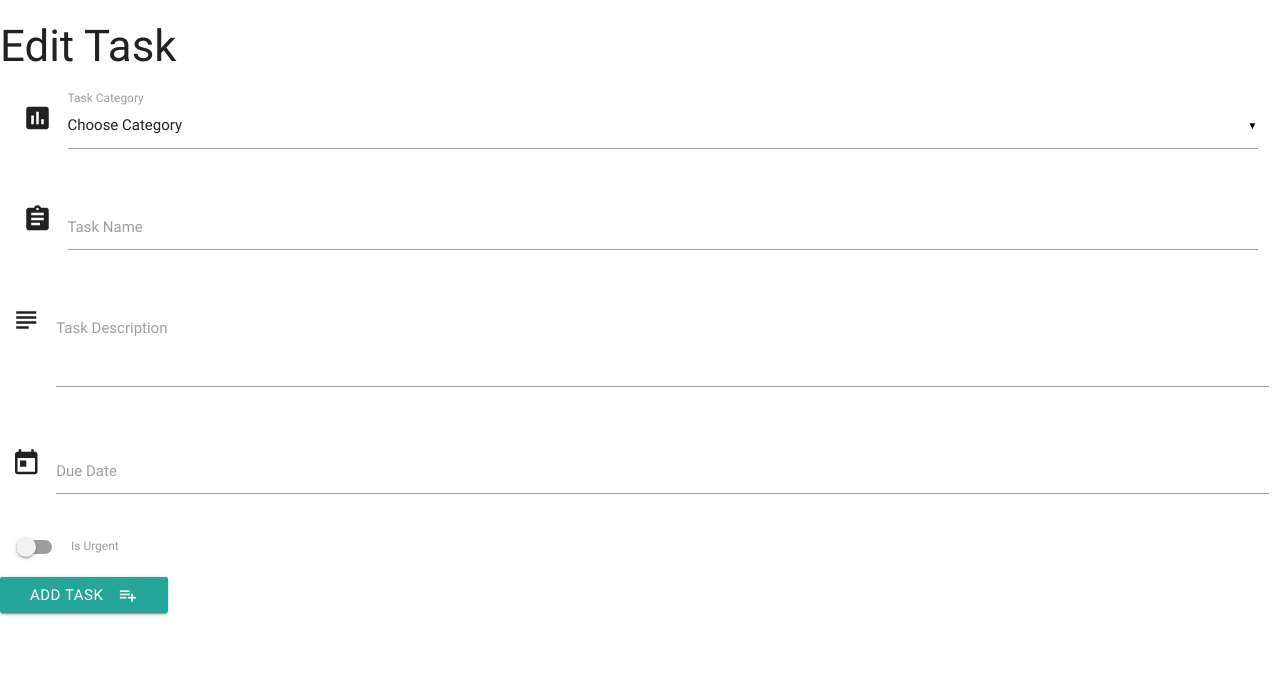
Repository: Neilfoster/task_manger
Page: templates/edittask.html
The author's editor kept a record of every edit. The page is drawn from the files as they stood at one moment, then again after the next edit.
The browser window is 1280 px wide. The pictures show the whole page.
The page is served by the project's application, run on Flask 3 (app.py). The template is opened directly, without the code that normally fills it, so the values that code supplies are empty.

Above is the page before.
Console error: TypeError: Cannot read properties of null (reading 'addEventListener')

### templates/edittask.html
{% extends 'base.html'%} {% block content %}

<h3>Edit Task</h3>
<div class="row">
    <form action="{{ url_for('insert_task', task_id=task._id) }}" method="POST"  class="col s12">
        <div class="row">
                <div class="input-field col s12">
                    <i class="material-icons prefix">poll</i>
                    <select id="category" name="category_name">
                  <option value="" disabled selected>Choose Category</option>
                  {% for cat in categories %}
                      <option value="{{cat.category_name}}">{{cat.category_name}}</option>
                  {% endfor %}
                </select>
                    <label>Task Category</label>
                </div>
            </div>
            <div class="input-field col s12">
                <i class="material-icons prefix">assignment</i>
                <input id="task_name" name="task_name" type="text">
                <label for="icon_prefix">Task Name</label>
            </div>
        </div>
        <div class="row">
            <div class="input-field col s12">
                <i class="material-icons prefix">subject</i>
                <textarea name="task_description" id="task_description" class="materialize-textarea"></textarea>
                <label for="icon_telephone">Task Description</label>
            </div>
        </div>
        <div class="row">
            <div class="input-field col s12">
                <i class="material-icons prefix">today</i>
                <input id="due_date" name="due_date" type="text" class="datepicker">
                <label for="icon_prefix">Due Date</label>
            </div>
        </div>
        <div class="row">
            <div class="switch">
                <label>
                  <input id="is_urgent" name="is_urgent" type="checkbox">
                  <span class="lever"></span>
                  Is Urgent
                </label>
            </div>
        </div>
        <div class="row">
            <button class="btn waves-effect waves-light" type="submit" name="action">Add Task
                <i class="material-icons right">playlist_add</i>
             </button>
        </div>
    </form>
</div>
{% endblock %}

### templates/base.html
<!DOCTYPE html>
<html>

<head>
    <link href="https://fonts.googleapis.com/icon?family=Material+Icons" rel="stylesheet">
    <link rel="stylesheet" href="https://cdnjs.cloudflare.com/ajax/libs/materialize/0.100.2/css/materialize.min.css">
    <link rel="stylesheet" href="{{url_for('static', filename='css/style.css')}}" type="text/css" />
</head>

<body>
    {% block content %} {% endblock %}
    <script src="https://cdnjs.cloudflare.com/ajax/libs/jquery/3.4.1/jquery.min.js"></script>
    <script src="https://cdnjs.cloudflare.com/ajax/libs/materialize/0.100.2/js/materialize.min.js"></script>
    <script type="text/javascript">
       $(document).ready(function(){
          $('.collapsible').collapsible();
          $('select').material_select();
        });

       $('.datepicker').pickadate({
            selectMonths: true, // Creates a dropdown to control month,
            selectYears: 15, // Creates a dropdown of 15 years to control year,
            today: 'Today',
            clear: 'Clear',
            close: 'Ok',
            closeOnSelect: false // Close upon selecting a date,
          });
     </script>
  <script type="text/javascript">
      document.getElementById("matfix").addEventListener("click", function(e) {
                  e.stopPropagation();
});
  </script>
</body>

</html>

### app.py
import os
from flask import Flask, render_template, redirect, request, url_for
from flask_pymongo import PyMongo
from bson.objectid import ObjectId

app = Flask(__name__)

app.config["MONGO_DBNAME"] = 'task_manager'
app.config["MONGO_URI"] = 'mongodb+srv://Neil:BrooklynWooD@myfirstcluster-lxpo1.mongodb.net/task_manager?retryWrites=true&w=majority'

mongo = PyMongo(app)

@app.route('/')
@app.route('/get_tasks')
def get_tasks():
    return render_template("tasks.html",
                           tasks=mongo.db.tasks.find())


@app.route('/add_task')
def add_task():
    return render_template('addtask.html',
                           categories=mongo.db.categories.find())


@app.route('/insert_task', methods=['POST'])
def insert_task():
    tasks = mongo.db.tasks
    tasks.insert_one(request.form.to_dict())
    return redirect(url_for('get_tasks'))


if __name__ == '__main__':
    app.run(host=os.environ.get('IP'),
            port=int(os.environ.get('PORT')),
            debug=True)

### static/css/style.css
/*body{
    background-color: red;
} */

After the next edit:
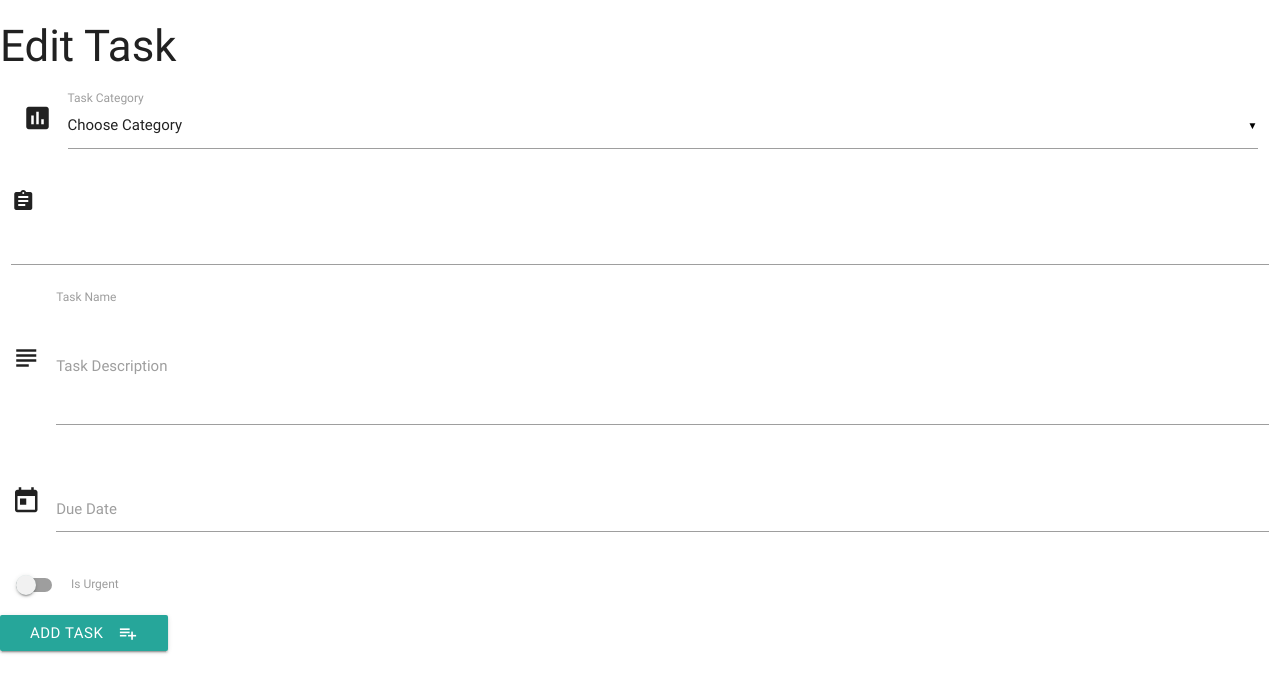
The edit:
--- a/templates/edittask.html
+++ b/templates/edittask.html
@@ -15,6 +15,7 @@
                     <label>Task Category</label>
                 </div>
             </div>
+        <div class="row>"
             <div class="input-field col s12">
                 <i class="material-icons prefix">assignment</i>
                 <input id="task_name" name="task_name" type="text">
